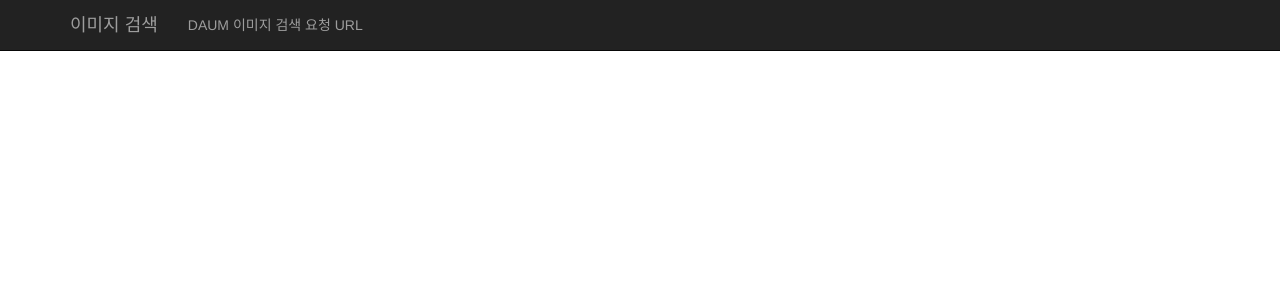
Repository: adminhelper/Ajax
Page: KaKaoOpenAPI08/WebContent/_41_KakaoImageSearchViewer.html
The author's editor kept a copy of each file at every save. The page is drawn from the files as they stood at one save, then again after the next save.
The browser window is 1280 px wide. The pictures show the whole page.

Above is the page before, as saved 2020-05-21 02:11:32.

### KaKaoOpenAPI08/WebContent/_41_KakaoImageSearchViewer.html
<!DOCTYPE html>
<html>
<head>
<meta charset="UTF-8">
<!-- 부트스트랩 반응형 웹 지원 -->
<meta name="viewport" content="width=device-width, initial-scale=1">
<title>Kakao Image Search Viewer</title>
<link rel="stylesheet" href="css/bootstrap.min.css">
<link rel="stylesheet" href="css/ekko-lightbox.css">
<style>
	body{
		padding-top:70px;
	}
	.portfolio-item{
		margin-bottom:25px;
	}
	footer{
		margin:50px 0;
	}
</style>
<!-- ekkolightbox가 3.x를 지원하지 않아서 2.x 버전을 사용함 -->
<script src="http://code.jquery.com/jquery-2.2.4.js"></script>
<script src="js/bootstrap.min.js"></script>
<script src="js/ekko-lightbox.min.js"></script>
<script src="https://www.jsviews.com/download/jsrender.js"></script>
<script type="text/javascript">
	$(document).ready(function(){
		var key = "";	// Kakak 내 애플리케이션 REST API 키
		var param = {
			pageno:1, size:20, sort:"accuracy"
		}
		var searchImages = function(){
			$.ajax({
				url : "https://dapi.kakao.com/v2.search/image",
				headers : {'Authorization' : 'KakaoAK ' + key},
				type : "GET",
				data : param,
				success : function(result){
					console.log(result);
					// jsRender플러그인 사용
					// ViewTemplate + json객체 = 특정 div영역에 출력

				}
			});
		}
	});
</script>
<script id="image_template" type="text/x-jsrender">
	<div class="col-md-2 portfolio-item">
		<a data-toggle="lightbox" data-gallery="multis"
		   data-title="{{:display_sitename}}"
		   href="{{:image_url}}">
			<img class="img-responsive"
				 src="{{:thumbnail_url}}"
				 alt="{{:doc_url}}">
		</a>
	</div>
</script>
</head>
<body>
	<nav class="navbar navbar-inverse navbar-fixed-top"
		 role="navigation">
		<div class="container">
			<div class="navbar-header">
				<button type="button" class="navbar-toggle"
						data-toggle="collapse"
						data-target="#bs-example-navbar-collapse-1">
					<span class="sr-only">Toggle navigation</span>
					<span class="icon-bar"></span>
					<span class="icon-bar"></span>
					<span class="icon-bar"></span>
				</button>
				<a class="navbar-brand" href="#">이미지 검색</a>
			</div>
			<div class="collapse navbar-collapse"
				 id="bs-example-navbar-collapse-1">
				<ul class="nav navbar-nav">
					<li>
						<a href="https://dapi.kakao.com/v2/search/image">
							DAUM 이미지 검색 요청 URL
						</a>
					</li>
				</ul>
			</div>
		</div>
	</nav>
	<div class="container">
		<div class="row">
		</div>
		<div id="imagelist" class="row">
		</div>
		<footer>
			<div class="row">
			</div>
		</footer>
	</div>
</body>
</html>

### KaKaoOpenAPI08/WebContent/css/ekko-lightbox.css
/*!
 * Lightbox for Bootstrap 3 by @ashleydw
 * https://github.com/ashleydw/lightbox
 *
 * License: https://github.com/ashleydw/lightbox/blob/master/LICENSE
 */

.ekko-lightbox-container {
  position: relative;
}

.ekko-lightbox-nav-overlay {
  position: absolute;
  top: 0;
  left: 0;
  z-index: 100;
  width: 100%;
  height: 100%;
}

.ekko-lightbox-nav-overlay a {
  z-index: 100;
  display: block;
  width: 49%;
  height: 100%;
  font-size: 30px;
  color: #fff;
  text-shadow: 2px 2px 4px #000;
  opacity: 0;
  filter: dropshadow(color=#000000, offx=2, offy=2);
  -webkit-transition: opacity 0.5s;
     -moz-transition: opacity 0.5s;
       -o-transition: opacity 0.5s;
          transition: opacity 0.5s;
}

.ekko-lightbox-nav-overlay a:empty {
  width: 49%;
}

.ekko-lightbox a:hover {
  text-decoration: none;
  opacity: 1;
}

.ekko-lightbox .glyphicon-chevron-left {
  left: 0;
  float: left;
  padding-left: 15px;
  text-align: left;
}

.ekko-lightbox .glyphicon-chevron-right {
  right: 0;
  float: right;
  padding-right: 15px;
  text-align: right;
}

.ekko-lightbox .modal-footer {
  text-align: left;
}

Loaded but not shown: KaKaoOpenAPI08/WebContent/css/bootstrap.min.css (library); KaKaoOpenAPI08/WebContent/js/bootstrap.min.js (library); KaKaoOpenAPI08/WebContent/js/ekko-lightbox.min.js (library)

After the next save:
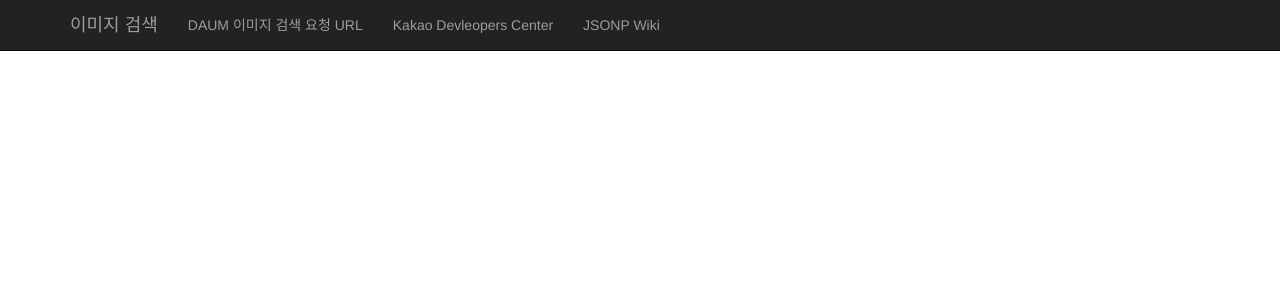
Saved 67 s later.
--- a/KaKaoOpenAPI08/WebContent/_41_KakaoImageSearchViewer.html
+++ b/KaKaoOpenAPI08/WebContent/_41_KakaoImageSearchViewer.html
@@ -80,6 +80,16 @@
 							DAUM 이미지 검색 요청 URL
 						</a>
 					</li>
+					<li>
+						<a href="https://developers.kakao.com/">
+							Kakao Devleopers Center
+						</a>
+					</li>
+					<li>
+						<a href="https://en.wikipedia.org/wiki/JSONP">
+							JSONP Wiki
+						</a>
+					</li>
 				</ul>
 			</div>
 		</div>
